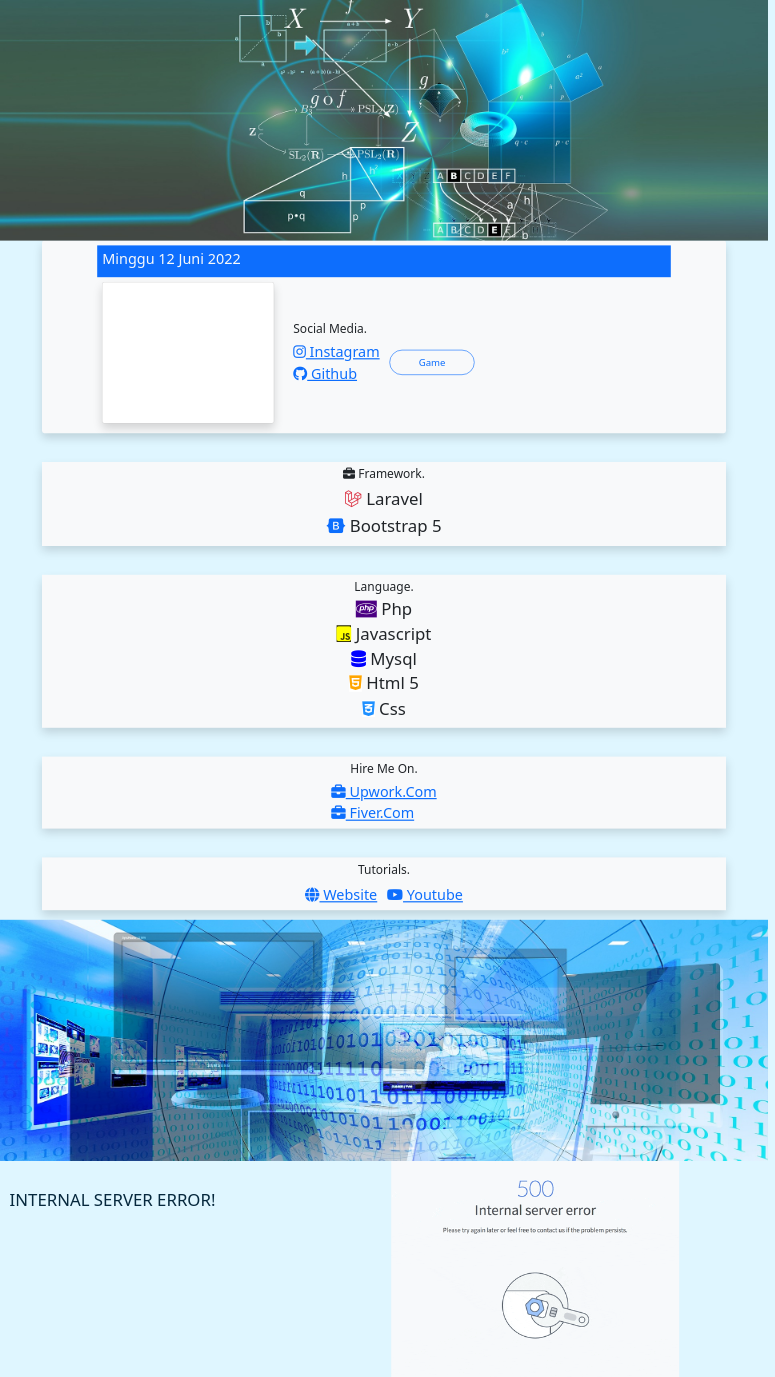
Repository: initer3737/initer3737.github.io
Page: index.html
An editor plug-in stored every save of this project. The page is shown before and after a run of saves, followed by the edit.
The browser window is 1280 px wide. The page is 1292 px wide, so the pictures cover 1292 px, including what lies to the right of the window. The pictures show the whole page, at 60% of full size.
Pictures or frames that could not be fetched are drawn as grey boxes. Some web libraries are served in a nearby version.

Above is the page before, as saved 2022-06-12 08:12:02.
Console error: TypeError: Cannot set properties of null (setting 'innerHTML')

### index.html
<!DOCTYPE html>
<html lang="en">
<head>
    <meta charset="UTF-8">
    <meta http-equiv="X-UA-Compatible" content="IE=edge">
    <meta name="viewport" content="width=device-width, initial-scale=1.0">
    <title>puthut wahyu aji</title>
    <link href="https://cdn.jsdelivr.net/npm/bootstrap@5.0.2/dist/css/bootstrap.min.css" rel="stylesheet" integrity="sha384-EVSTQN3/azprG1Anm3QDgpJLIm9Nao0Yz1ztcQTwFspd3yD65VohhpuuCOmLASjC" crossorigin="anonymous">
    <script src="https://kit.fontawesome.com/7bb1ae10af.js" crossorigin="anonymous"></script>

    <link rel="stylesheet" href="css/style.css">
</head>
<body class="bg-1">
    <header class=" bg-1">
       <div class="row">
         <img src="img/banner-982162_1920.jpg" alt="" class="img-fluid" srcset="">
       </div>
    </header>
    <div class="container bg-light shadow rounded  d-flex flex-column gap-4 justify-content-center align-content-center align-items-center p-2">
        <div class="row d-flex align-content-center align-items-center">
            <div class="col-12">
               <div class="bg-primary text-capitalize d-flex justify-content-between">
                <p id="fulldate" class="h4 text-light p-2"></p>
                <p id="jam" class="h4 text-light p-2"></p>
               </div>
            </div>
            <div class="col-10 col-md-5 col-lg-4">
               <div class="card shadow m-2 p-1 position-relative">
                <video src="img/Earth - 4788.mp4" loop muted autoplay class="w-100 rounded-pill py-5 px-2"></video>
                <div class="filter2"></div>
               </div>
            </div>
            <div class="col-10 col-md-9 col-lg-8">
               <h5 class="text-capitalize">social media.</h5>
               <div class="d-flex flex-row align-content-center align-items-center gap-3">
                <div class="d-flex flex-column fs-4">
                    <a href="https://www.instagram.com/puthutwahyuaji/" target="_blank" class="text-capitalize"><i class="fa-brands fa-instagram"></i> instagram</a>
                    <!-- <a href="https://www.facebook.com/puthut.wahyuaji.94/" target="_blank" class="text-capitalize"><i class="fa-brands fa-facebook"></i> facebook</a>
                    <a href="https://twitter.com/puthut_wahkyu" target="_blank" class="text-capitalize"><i class="fa-brands fa-twitter"></i> twitter</a> -->
                    <!-- <a href="https://www.sololearn.com/profile/22926925" target="_blank" class="text-capitalize"><i class="fa-solid fa-globe"></i> sololearn</a> -->
                    <!-- <a href="https://www.duolingo.com/profile/PUTHUTWAHY" target="_blank" class="text-capitalize"><i class="fa-solid fa-globe"></i> duolingo</a> -->
                    <a href="https://github.com/initer3737" target="_blank" class="text-capitalize"><i class="fa-brands fa-github"></i> github</a>
                </div>
                <div class=""><a href="game.html" class="btn btn-outline-primary rounded-pill px-5 py-2">Game</a></div>
            </div>
            </div>
        </div>
    </div>
    <!-- https://www.fiverr.com/share/lYqN8j -->
    <div class="container bg-light shadow mt-5 d-flex flex-column gap-1 justify-content-center align-content-center align-items-center p-2">
        <h5><i class="fa-solid fa-briefcase"></i> framework.</h5>
            <h3><i class="fa-brands fa-laravel text-danger"></i> laravel</h3>
            <h3><i class="fa-brands fa-bootstrap text-primary"></i> bootstrap 5</h3>
        </div>
    </div>

    <div class="container bg-light shadow mt-5 d-flex flex-column  justify-content-center align-content-center align-items-center p-2">
        <h5>language.</h5>
            <h3><i class="fa-brands fa-php php"></i> php</h3>
            <h3><i class="fa-brands fa-js-square javascript"></i> javascript</h3>
            <h3><i class="fa-solid fa-database mysql"></i> mysql</h3>
            <h3><i class="fa-brands fa-html5 html"></i> html 5</h3>
            <h3><i class="fa-brands fa-css3-alt css"></i> css</h3>
        </div>

        <div class="container bg-light shadow mt-5 d-flex flex-column  justify-content-center align-content-center align-items-center p-2">
            <h5 class="capitalize">Hire me on.</h5>
            <div class="d-flex flex-column fs-4">
                <a href="https://www.upwork.com/workwith/puthutwahyuaji" target="_blank"><i class="fa-solid fa-briefcase"></i> upwork.com</a>
                <a href="https://www.fiverr.com/share/lYqN8j" target="_blank"><i class="fa-solid fa-briefcase"></i> fiver.com</a>
            </div>
            </div>

    </div>

    <div class="container bg-light shadow mt-5 d-flex flex-column gap-1 justify-content-center align-content-center align-items-center p-2">
        <h5>tutorials.</h5>
        <div class="fs-4 d-flex gap-3">
            <a href="https://initer3737.github.io/course/html/pages/course.html" target="_blank"><i class="fa-solid fa-globe"></i> website</a>
            <a href="https://www.youtube.com/channel/UClsfa0LkA3_YMsFjW1M__sw" target="_blank"><i class="fa-brands fa-youtube"></i> youtube</a>
        </div>
    </div>

    <footer class="mt-3 text-light">
       <div class="row">
        <div class="col-12">
            <img src="img/banner-909710_1920.jpg" class="img-fluid" alt="">
           </div>
           <div class="col-6">
            <h3 class="color-4 mx-3 my-5">INTERNAL SERVER ERROR!</h3>
           </div>
           <div class="col-6">
            <img src="img/giphy.gif" alt="">
           </div>
       </div>
    </footer>
    <script src="https://cdn.jsdelivr.net/npm/bootstrap@5.0.2/dist/js/bootstrap.bundle.min.js" integrity="sha384-MrcW6ZMFYlzcLA8Nl+NtUVF0sA7MsXsP1UyJoMp4YLEuNSfAP+JcXn/tWtIaxVXM" crossorigin="anonymous"></script>
</body>
</html>

<script>
    function Years() {
        $date=new Date();
        let t=document.getElementById('year');
        t.innerHTML=`${$date.getFullYear()} - ${$date.getFullYear()+5}`;
    }
    function Jam(){
        let T=document.getElementById('jam');
        let time=new Date();let hour;let minuets;let second;let statusTime;
        hour=validateTime(time.getHours());minuets=validateTime(time.getMinutes());second=validateTime(time.getSeconds());statusTime=()=>{
            if(hour > 00 &&hour < 11 ){
                status="pagi";
            }else if(hour >11 && hour < 15){
                status="siang";
            }else if(hour > 15 && hour < 18 ){
                status="sore";
            }else{
                status="malam";
            }

            return status;
        };
        T.innerHTML=`${hour}:${minuets}:${second} : ${statusTime()}`;
        setTimeout('Jam()',1000);
    }
    function Tanggal(){
        let t=document.getElementById("fulldate");
        let time=new Date();
        let hari;let bulan;let tanggal;let tahun;let hariAngka=time.getDate();
        tahun=time.getFullYear();bulan=time.getMonth();hari=time.getDay();
        let data={
            hari:["minggu","senin","selasa","rabu","kamis","jum'at","sabtu"],
            bulan:["januari","february","maret","april","mei","juni","juli","agustus","september","oktober","november","desember"]
        };
         t.innerHTML=`${data.hari[hari]}  ${hariAngka}  ${data.bulan[bulan]}  ${tahun}`;
    }
    const validateTime=(T)=>T<10 ?'0'+T:T;

    const initialize=()=>{
                Tanggal();
                Years();
                Jam();
            }

            initialize();
</script>

### css/style.css
*{
    text-transform: capitalize;
   cursor: url(https://ani.cursors-4u.net/cursors/cur-13/cur1162.ani), url(https://ani.cursors-4u.net/cursors/cur-13/cur1162.png), auto !important;
}
body{
    cursor: url('img/cursor.jpeg'),auto;
    /* background-color: #ddd; */
}
a:hover{
    transition:ease-in-out 0.5s;
    color: blueviolet;
    text-decoration: none;
}
.css{
    color: dodgerblue;
    background-color:white ;
}
.html{
    color: orange;
    background-color: white;
}
.mysql{
    background-color:white ;
    color: blue;
}
.javascript{
    background-color:rgb(51, 51, 9) ;
    color: yellow;
}
.php{
    background-color:indigo ;
    color: white;
}
header{
    /* height: 90vh; */
    display: flex;
    align-items: center;
    align-content: center;
    justify-content: center;
}
.filter{
    background-color: dodgerblue;
    opacity: 0.6;
    height: 100%;
    top: 0;
    width: 100%;
    position: absolute;
}
.text-container{
    z-index: 999;
}
.card:hover{
    /* border-color: dodgerblue; */
    background-color: dodgerblue;
    transform: perspective(12px);
    cursor: pointer;
}
.gambar{
    background-image: #000;
}

/*color pallete*/
.color-1{
    color:#DFF6FF;
}
.bg-1{
    background-color:#DFF6FF;
}

.color-2{
    color:#47B5FF;
}
.bg-2{
    background-color:#47B5FF;
}

.color-3{
    color:#1363DF;
}
.bg-3{
    background-color:#1363DF;
}

.color-4{
    color:#06283D;
}
.bg-4{
    background-color:#06283D;
}

After the next 3 saves:
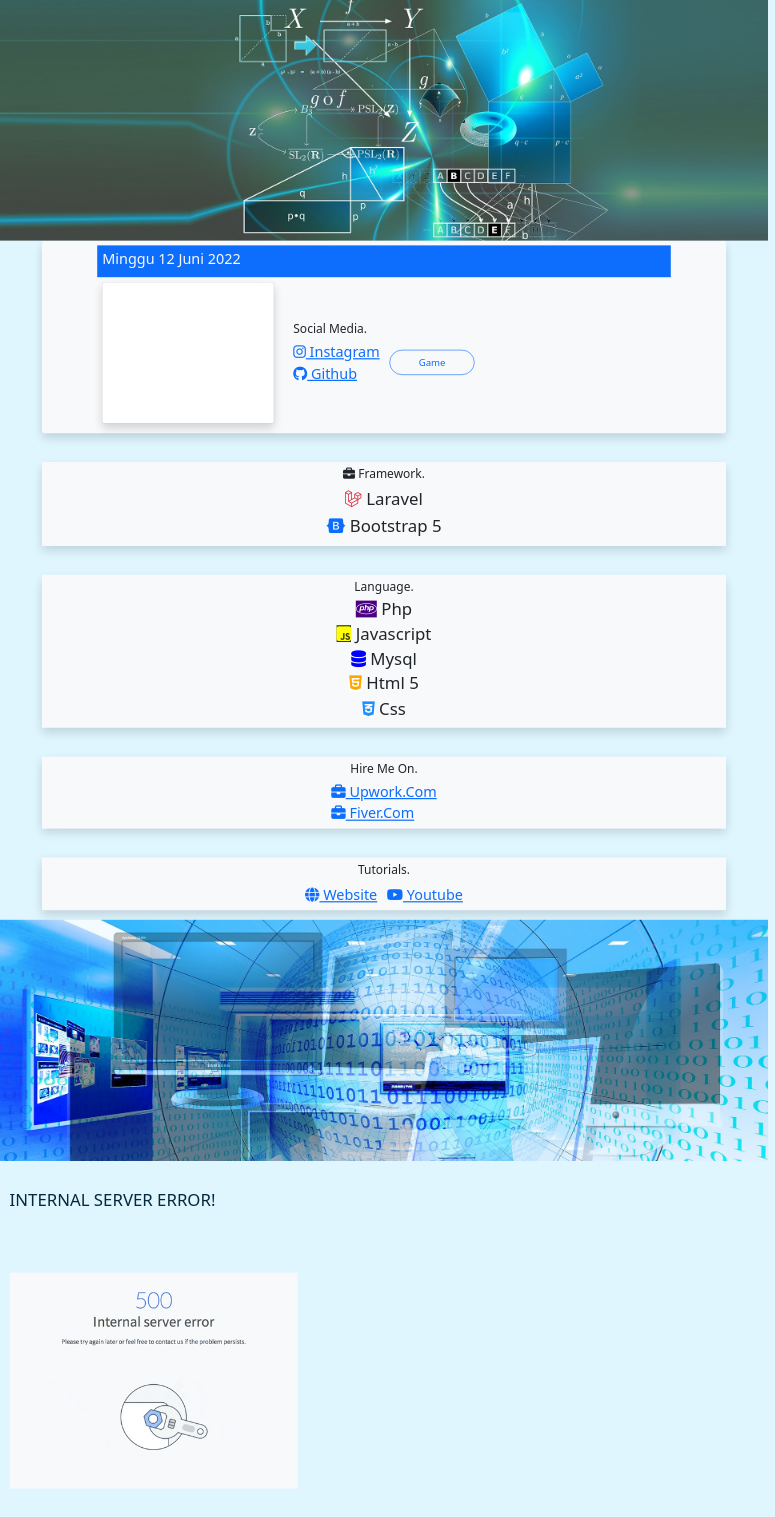
The 3 saves are shown as one change because they came seconds apart.
The last was saved 26 s later.
--- a/index.html
+++ b/index.html
@@ -86,10 +86,10 @@
         <div class="col-12">
             <img src="img/banner-909710_1920.jpg" class="img-fluid" alt="">
            </div>
-           <div class="col-6">
-            <h3 class="color-4 mx-3 my-5">INTERNAL SERVER ERROR!</h3>
+           <div class="col-6 mx-3 my-5">
+            <h3 class="color-4">INTERNAL SERVER ERROR!</h3>
            </div>
-           <div class="col-6">
+           <div class="col-6 mx-3 my-5">
             <img src="img/giphy.gif" alt="">
            </div>
        </div>
